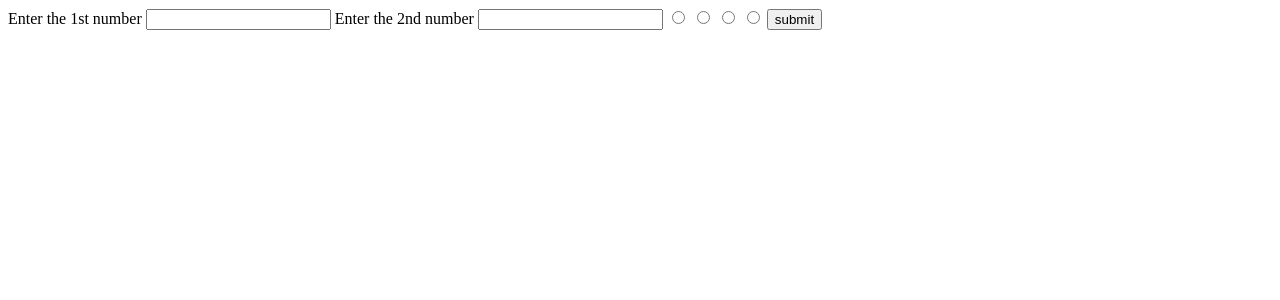
Repository: PrathamManabasannanavar/JAVA-Programs
Page: Eclipse/SimpleCalculator/src/main/webapp/index.html
These files come from the project's save history. The page is drawn as it stood at one moment and after the next save; the edit follows.
The browser window is 1280 px wide. The pictures show the whole page.

Above is the page before, as saved 2024-06-07 10:57:26.

### Eclipse/SimpleCalculator/src/main/webapp/index.html
<!DOCTYPE html PUBLIC "-//W3C//DTD HTML 4.01 Transitional//EN" "http://www.w3.org/TR/html4/loose.dtd">
<html>
<head>
<meta http-equiv="Content-Type" content="text/html; charset=UTF-8">
<title>Insert title here</title>
</head>
<body>
	<form action="Calculator.jsp" method=post>
		<label for="num1">Enter the 1st number</label>
		<input type="text" name="num1">

		<label for="num2">Enter the 2nd number</label>
		<input type="text" name="num2">

		<input type="radio" placeholder="+" name="op">
		<input type="radio" value="-" name="op">
		<input type="radio" value="*" name="op">
		<input type="radio" value="/" name="op">

		<input type="submit" value="submit">
	</form>
</body>
</html>

After the next save:
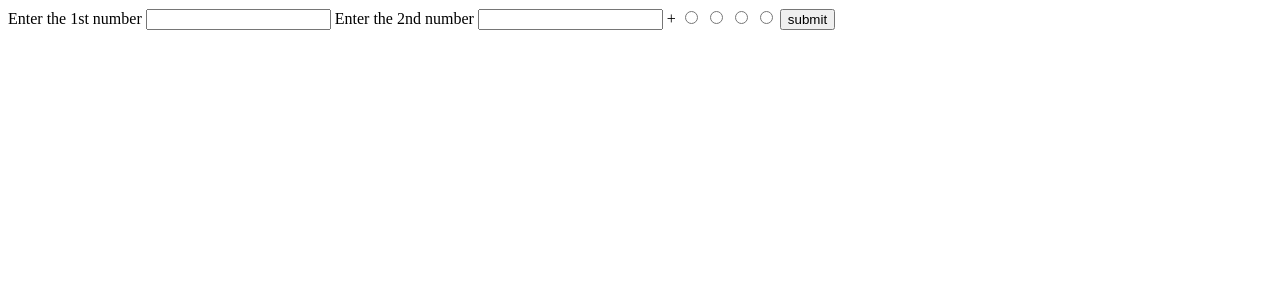
Saved 94 s later.
--- a/Eclipse/SimpleCalculator/src/main/webapp/index.html
+++ b/Eclipse/SimpleCalculator/src/main/webapp/index.html
@@ -11,8 +11,8 @@
 
 		<label for="num2">Enter the 2nd number</label>
 		<input type="text" name="num2">
-
-		<input type="radio" placeholder="+" name="op">
+		<label>+</label>
+		<input type="radio" value="+" name="op">
 		<input type="radio" value="-" name="op">
 		<input type="radio" value="*" name="op">
 		<input type="radio" value="/" name="op">
